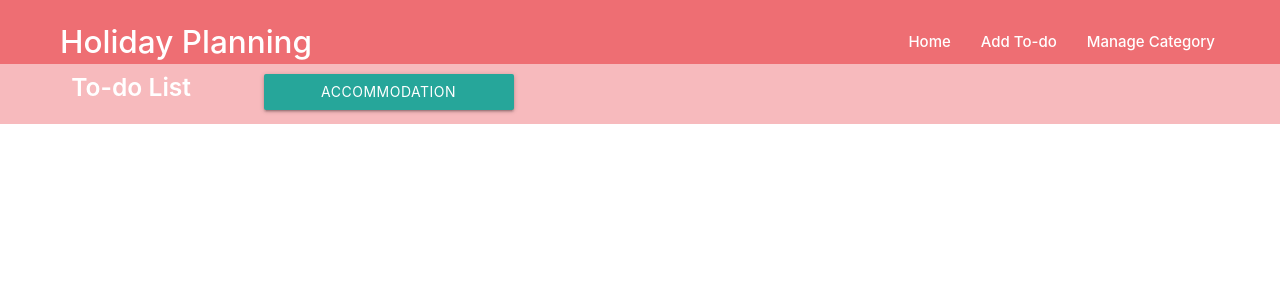
Repository: Code-Institute-Submissions/Project3-Holiday_Planning
Page: http://localhost/?category=Accommodation
The author's editor kept a record of every edit. The page is drawn from the files as they stood at one moment, then again after the next edit.
The browser window is 1280 px wide. The pictures show the whole page.
The page is served by the project's application, run on Flask 3 (app.py). Queries for data that is not in the repository find no rows.

Above is the page before.

### templates/todos.html
{% extends 'layout.html' %} {% block content %}


<div class="to_do_list">
  <div class='row'>
      <div class='col'><h5>To-do List</h5></div>

      <div class='col'><a style='min-width:250px' class='dropdown-trigger btn' href='#' data-target='dropdown1'>{{category_name}}</a>
        <!-- Dropdown Structure -->
        <ul id='dropdown1' class='dropdown-content'>
            <li><a href="?category=All Category">All Category</li>
            <li><a href="?category=Flight and Transportation">Flight and Transportation</a></li>
            <li><a href="?category=Accommodation">Accommodation</a></li>
            <li><a href="?category=Wine and Dine Places">Wine and Dine Places</a></li>
            <li><a href="?category=Place of Interest">Place of Interest</a></li>
            <li><a href="?category=Others">Others</a></li>
        </ul>
      </div>

  </div>


  <div class="row">
    <ul class="collapsible content_container">
      {% for todo in todos %}
      <li>

      <div class="collapsible-header">
          <div class="todo_header col s3">
              <i class="material-icons">expand_more</i>
              <a href="{{url_for('edit_todo', todo_id=todo._id)}}" class="waves-effect waves-light btn blue-grey">Edit</a>
              <a href="{{url_for('delete_todo', todo_id=todo._id)}}" class="waves-effect waves-light btn grey">Delete</a>
              <a class="waves-effect waves-light btn modal-trigger" href="#modal1">Modal</a>
              <div id="modal1" class="modal">
                  <div class="modal-content">
                      <h4>Modal Header</h4>
                      <p>A bunch of text</p>
                  </div>
                  <div class="modal-footer">
                  <a href="#!" class="modal-close waves-effect waves-green btn-flat">Agree</a>
                  </div>
            </div>
          </div>

          <div class="todo_header col s9">
              <strong>Category : {{todo.category_name}}</strong>
              <br><strong>{{todo.todo_title}} - {{todo.due_date}}</strong>
          </div>
      </div>


      <div class="collapsible-body">
        <span>{{todo.todo_description}}</span><br><span>{{todo.website}}</span><br><span>Person in charge - {{todo.person_in_charge}}</span>
      </div>

      </li>
      {% endfor %}
    </ul>
  </div>
</div>

{% endblock %}

### templates/layout.html
<!DOCTYPE html>
<html>

<head>
        <link href="https://fonts.googleapis.com/icon?family=Material+Icons" rel="stylesheet">
        <link rel="stylesheet" href="https://cdnjs.cloudflare.com/ajax/libs/materialize/1.0.0/css/materialize.min.css">
        <link rel="stylesheet" href="{{url_for('static', filename='css/style.css')}}" type="text/css"/>
</head>


<body>
    <header>
        <nav>
            <div class="nav-wrapper">
                <a href="{{url_for('get_todos')}}" class="brand-logo">Holiday Planning</a>
                <a href="#" data-target="mobile-demo" class="sidenav-trigger"><i class="material-icons">menu</i></a>

                <ul id="nav-mobile" class="right hide-on-med-and-down">
                    <li><a href="{{url_for('get_todos')}}">Home</a></li>
                    <li><a href="{{url_for('add_todo')}}">Add To-do</a></li>
                    <li><a href="{{url_for('get_category')}}">Manage Category</a></li>
                </ul>
                </div>
                </nav>
                <!--extended hamburger navbar added for mobile-->
                <ul class="sidenav" id="mobile-demo">
                    <li><a href="{{url_for('get_todos')}}">Home</a></li>
                    <li><a href="{{url_for('add_todo')}}">Add To-do</a></li>
                    <li><a href="{{url_for('get_category')}}">Manage Category</a></li>
                </ul>


    </header>

    <div>
        {% block content %} {% endblock %}
    </div>


    <script src="https://cdnjs.cloudflare.com/ajax/libs/jquery/3.4.1/jquery.min.js"></script>
    <!--<script type="text/javascript" src="https://code.jquery.com/jquery-2.1.1.min.js"></script>-->
    <script src="https://cdnjs.cloudflare.com/ajax/libs/materialize/1.0.0/js/materialize.min.js"></script>


    <!--to perform the collapsible, datepicker and select option function-->
    <script type="text/javascript">
        $(document).ready(function(){
            $('.collapsible').collapsible();
            $('.datepicker').datepicker({
                format:'dd/mm/yyyy'
            });
            $('select').formSelect();
            $('.sidenav').sidenav();
            $('.dropdown-trigger').dropdown();

        });

    </script>


        {%block extra_js%}{%endblock%}
</body>

</html>

### app.py
import os
from flask import Flask, render_template, redirect, request, url_for
from flask_pymongo import PyMongo
from bson.objectid import ObjectId


app = Flask(__name__)
app.config["MONGO_DBNAME"] = 'holiday_planning'
app.config["MONGO_URI"] = os.getenv("MONGO_URI")
mongo = PyMongo(app)



# T1 - Fetch data in mongodb pass it back to todos.html
@app.route('/')
def get_todos():
    critera= {}
    category = request.args.get('category')

    if category and category != 'All Category':
        critera['category_name'] = category
    else:
        category = 'All Category'

    todos=mongo.db.todos.find(critera)
    print(todos)
    return render_template("todos.html",
                           todos=todos, category_name=category)



# T2 & T3 - After add_todo, must follow by insert_todo
@app.route('/add_todo')
def add_todo():
    return render_template('addTodo.html',
                            category=mongo.db.category.find())


@app.route('/insert_todo', methods=['POST'])
def insert_todo():
    todos = mongo.db.todos
    todos.insert_one(request.form.to_dict())
    return redirect(url_for('get_todos'))



# T4 & T5 - After edit_todo, must follow by update_todo
@app.route('/edit_todo/<todo_id>')
def edit_todo(todo_id):
    the_todo =  mongo.db.todos.find_one({"_id": ObjectId(todo_id)})
    all_category =  mongo.db.category.find()
    return render_template('editTodo.html', todo=the_todo,
                           category=all_category)


@app.route('/update_todo/<todo_id>', methods=["POST"])
def update_todo(todo_id):
    todos = mongo.db.todos
    todos.update( {'_id': ObjectId(todo_id)},
    {
        'category_name':request.form.get('category_name'),
        'todo_title':request.form.get('todo_title'),
        'todo_description': request.form.get('todo_description'),
        'person_in-charge': request.form.get('person_in-charge'),
        'website': request.form.get('website'),
        'due_date': request.form.get('due_date'),
        'is_urgent':request.form.get('is_urgent')
    })
    return redirect(url_for('get_todos'))


# T6 - Delete todo from the get_todos page
@app.route('/delete_todo/<todo_id>')
def delete_todo(todo_id):
    mongo.db.todos.remove({'_id': ObjectId(todo_id)})
    return redirect(url_for('get_todos'))



# CATEGORY

# C1 - Function to fetch all our data in mongodb pass it back to category.html
@app.route('/get_category')
def get_category():
    return render_template("category.html",
                            category=mongo.db.category.find())



# C2 & C3 - After add_category, must follow by insert_category
@app.route('/add_category')
def add_category():
    return render_template('addCategory.html')


@app.route('/insert_category', methods=['POST'])
def insert_category():
    category_doc = {'category_name': request.form.get('category_name')}
    mongo.db.category.insert_one(category_doc)
    return redirect(url_for('get_category'))



# C4 & C5 - After edit_category, must follow by update_category
@app.route('/edit_category/<category_id>')
def edit_category(category_id):
    return render_template('editCategory.html',
    category=mongo.db.category.find_one({'_id': ObjectId(category_id)}))


@app.route('/update_category/<category_id>', methods=['POST'])
def update_category(category_id):
    mongo.db.category.update(
        {'_id': ObjectId(category_id)},
        {'category_name': request.form.get('category_name')})
    return redirect(url_for('get_category'))



# C6 - Delete category from the Manage Category page
@app.route('/delete_category/<category_id>')
def delete_category(category_id):
    mongo.db.category.remove({'_id': ObjectId(category_id)})
    return redirect(url_for('get_category'))



# Boiler plate - must include at the end of app.py
if __name__ == '__main__':
    app.run(host=os.environ.get('IP'),
            port=int(os.environ.get('PORT')),
            debug=True)

### static/css/style.css
.nav-wrapper{
    padding: 10px 50px 10px 60px;
    color: white;
    font-weight: 500;
}


h5{
    margin: 0px;
    padding:0px 50px 0px 60px;
    color: white;
    font-weight: 600;
}


/*.brand-logo{*/
/*    padding:100px 50px 10px 80px;*/
/*}*/


.btn_small {
    height: 24px;
    width: 60px;
    line-height: 24px;
    margin: 5px 100px;
    padding: 0px 100px;
}


.divider{
    width:6px;
    border:none;
}


.to_do_list,
.add_to_do,
.edit_to_do,
.category,
.add_category,
.edit_category
{
    height:45px;
    background-color: #f7babd;
    padding-top: 10px;
    margin-bottom: 30px;
    padding-bottom: 50px;
}


/*Task*/
.content_container{
    border :none;
    box-shadow: none;
}


.category_side{
    width: 40px;
}



.left_margin{
    margin-left: 35px;
}


.button_margin{
    margin-left: 50px;
}


.width{
    width: 45px;
}


.ul_style{
    padding: 0px;
    margin: 0px;
}

After the next edit:
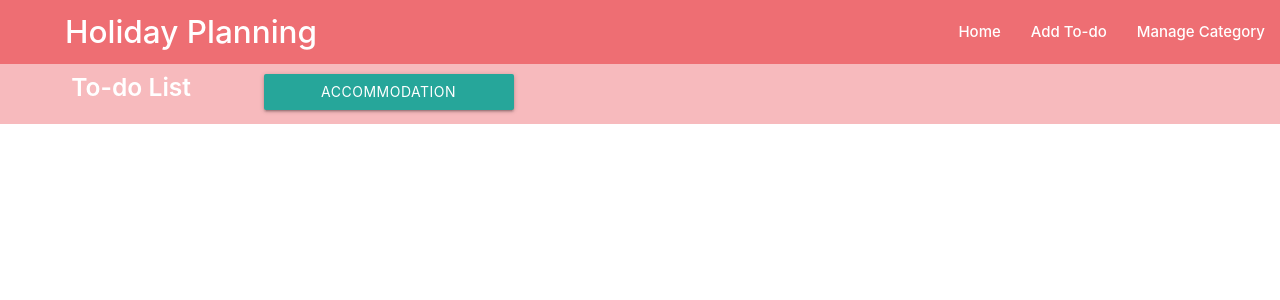
The edit:
--- a/static/css/style.css
+++ b/static/css/style.css
@@ -1,5 +1,5 @@
 .nav-wrapper{
-    padding: 10px 50px 10px 60px;
+    padding-left: 65px;
     color: white;
     font-weight: 500;
 }
